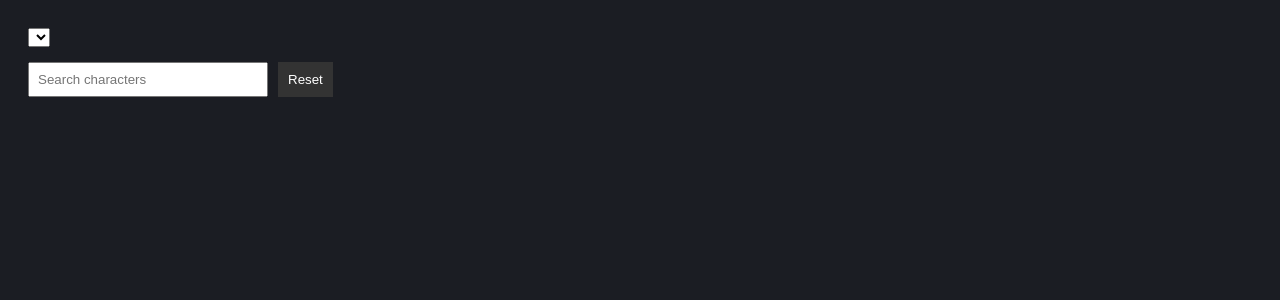
Repository: DinoYoda/Cookie-Run-Builds
Page: index.html
An editor plug-in stored every save of this project. The page is shown before and after a run of saves, followed by the edit.
The browser window is 1280 px wide. The pictures show the whole page.

Above is the page before, as saved 2026-03-10 01:20:35.
Console error (its wording comes from the project's code and is left out).

After the next 2 saves:
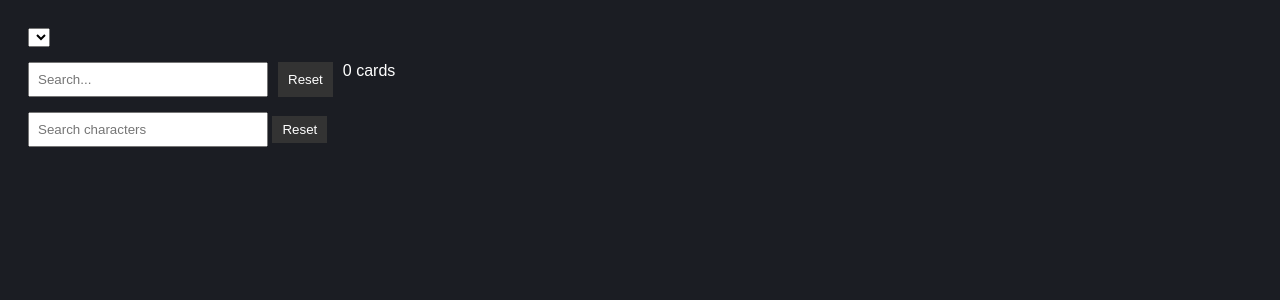
The 2 saves are shown as one change because they came seconds apart.
The last was saved 2 min 35 s later.
--- a/index.html
+++ b/index.html
@@ -18,6 +18,10 @@
 </div>
 
 <div class="controls">
+  <input id="search" placeholder="Search...">
+  <button id="reset">Reset</button>
+  <span id="cardCounter">0 cards</span>
+</div>
 
 <input id="search" placeholder="Search characters">
 
